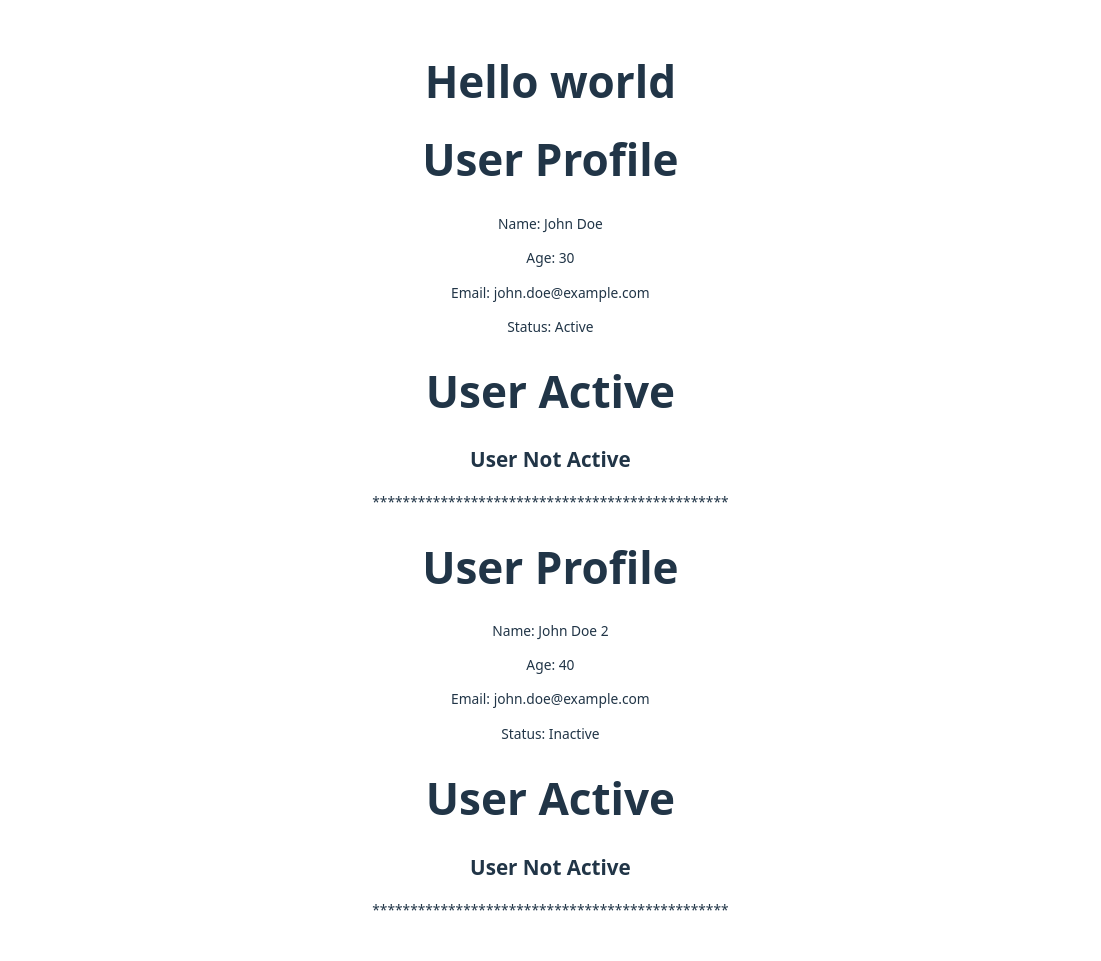
Repository: Janum4444/React-learning
Page: /
These files come from the project's save history. The page is drawn as it stood at one moment and after the next save; the edit follows.
The browser window is 1280 px wide. The pictures show the whole page, at 86% of full size.
The project was rebuilt for these pictures with package versions that can differ from the ones it lists, and the page was loaded fresh each time. Also part of the build but not shown: vite.config.js, src/Button.jsx, src/DynamicToaster.jsx, src/Hello.jsx.

Above is the page before, as saved 2026-02-22 12:44:18.

### src/App.jsx

import './App.css'
import { DynamicToaster } from './DynamicToaster.jsx'
import { Hello } from './Hello.jsx'
import {UserProfile, CustomComponent} from './UserProfile.jsx'

function App() {

  // let product = [
  //   {
  //     id: 1,
  //     name: "Product 1",
  //     price: 100
  //   },
  //   {
  //     id: 2,
  //     name: "Product 2",
  //     price: 200
  //   }
  // ]

  return (
    <>
      <div>
        <h1> Hello world</h1>
        <UserProfile name="John Doe" age={30} email="john.doe@example.com" isActive={true} />
        <UserProfile name="John Doe 2" age={40} email="john.doe@example.com" isActive={false} />




        {/* <CustomComponent />
        <Hello />   */}
        {/* <DynamicToaster  product={product[0]} />

        {/* //company creation */}
        {/* <DynamicToaster message="Company created successfully!" product={product[0]} label="Company close" temp="temp data" />

        <DynamicToaster message="Role created successfully!" />   */}


      </div>
    </>
  )
}

export default App

### src/UserProfile.jsx


export const UserProfile = ({name, age, email, isActive}) => {
    return (
        <div>
            <h1> User Profile </h1>
            <p>Name: {name}</p>
            <p>Age: {age}</p>
            <p>Email: {email}</p>
            <p>Status: {isActive ? "Active" : "Inactive"}</p>

            <h1>User Active</h1>
            <h2>User Not Active</h2>
            <p>***********************************************</p>
        </div>
    )
}


export const CustomComponent = () => {
    return (
        <div>
            <h1> Custom Component </h1>
        </div>
    )
}

Loaded but not shown: src/main.jsx (common file); src/index.css (common file); src/App.css (common file)

After the next save:
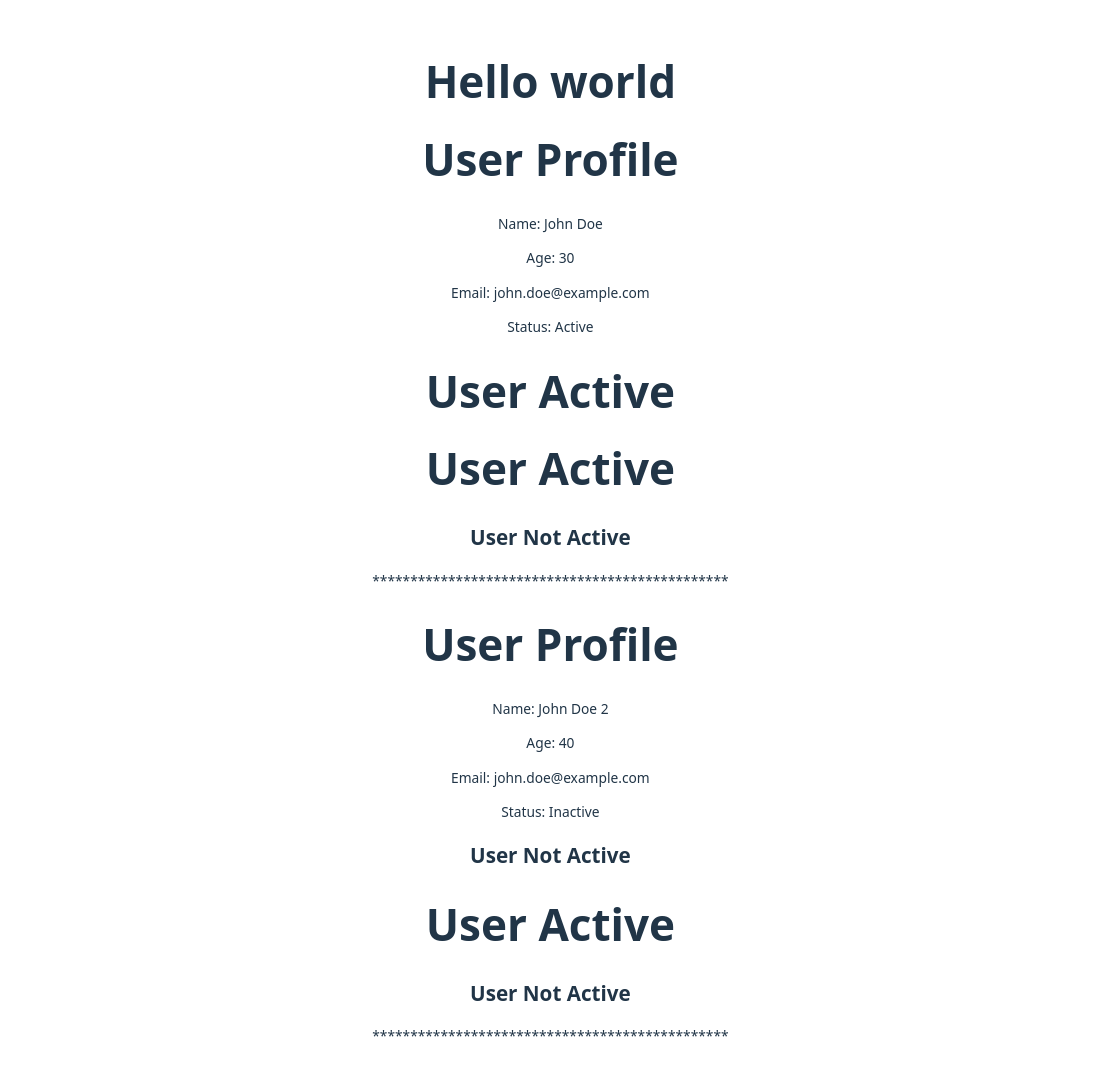
Saved 71 s later.
--- a/src/UserProfile.jsx
+++ b/src/UserProfile.jsx
@@ -8,6 +8,11 @@ export const UserProfile = ({name, age, email, isActive}) => {
             <p>Age: {age}</p>
             <p>Email: {email}</p>
             <p>Status: {isActive ? "Active" : "Inactive"}</p>
+
+            {
+                isActive ? <h1>User Active</h1> : <h2>User Not Active</h2>
+            }
+
 
             <h1>User Active</h1>
             <h2>User Not Active</h2>
